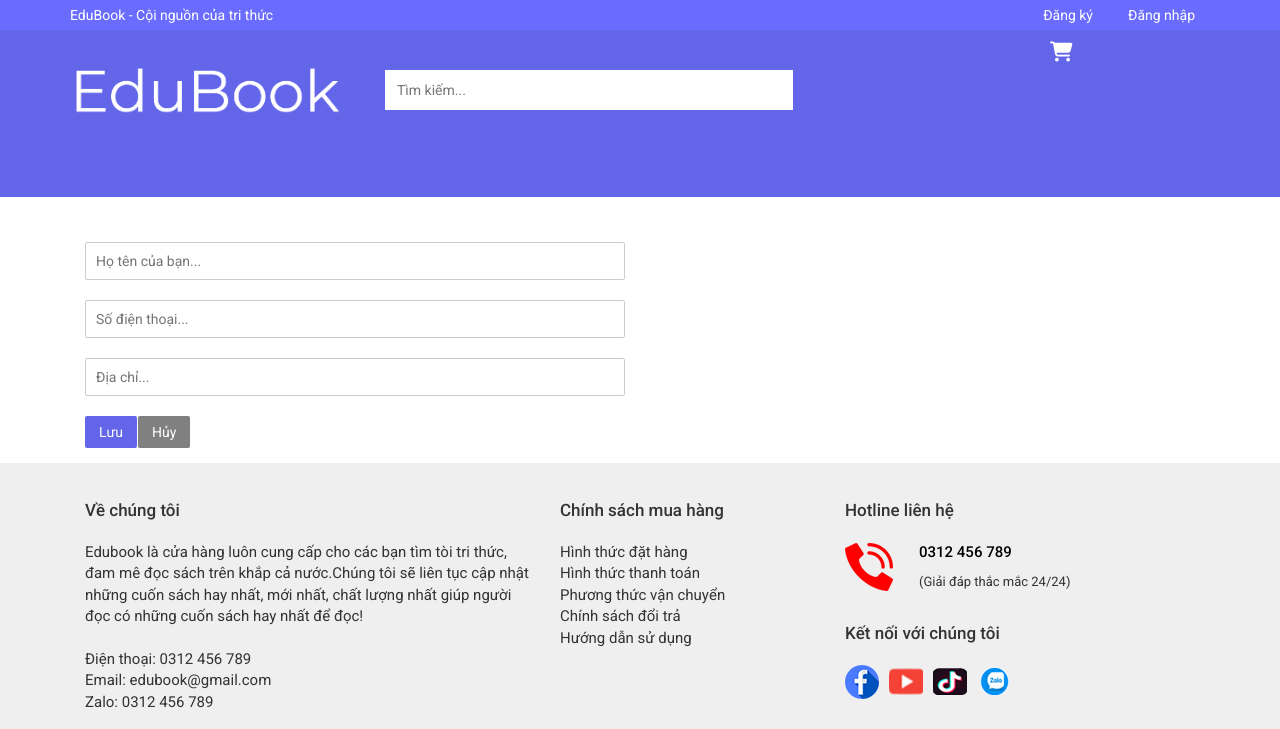
Repository: ThieuDV091002/BookShop
Page: http://localhost/customer-update
The author's editor kept a copy of each file at every save. The page is drawn from the files as they stood at one save, then again after the next save.
The browser window is 1280 px wide. The pictures show the whole page.
Some web fonts or font styles are not loaded; a fallback is used. The page is this project's Thymeleaf template; nobody is signed in. The template is opened directly, without the code that normally fills it, so the values that code supplies are empty.

Above is the page before, as saved 2023-07-18 08:01:47.
Console error: TypeError: Cannot read properties of null (reading 'style')

### EduBookProject/EduBookWebparent/EduBookFrontEnd/src/main/resources/templates/customer-update.html
<!DOCTYPE html>
<html xmlns:th="www.thymeleaf.org"
	xmlns:sec="https://www.thymeleaf.org/thymeleaf-extras-springsecurity5">
<head>
<meta charset="UTF-8">
<meta name="viewport" content="width=device-width, initial-scale=1.0">
<title>Trang chủ - EduBook</title>
<script th:src="@{js/jquery-3.3.1.js}"></script>
<script th:src="@{js/bootstrap.min.js}"></script>
<script
	th:src="@{https://ajax.googleapis.com/ajax/libs/jquery/3.5.1/jquery.min.js}"></script>
<link rel="stylesheet" th:href="@{css/bootstrap.min.css}">
<link rel="stylesheet"
	th:href="@{https://maxcdn.bootstrapcdn.com/bootstrap/3.4.1/css/bootstrap.min.css}">

<link
	th:href="@{https://fonts.googleapis.com/css2?family=Roboto:ital,wght@0,300;0,400;0,500;0,700;1,300;1,400;1,500&display=swap}"
	rel="stylesheet">
<link rel="stylesheet" th:href="@{fontawesome/all.min.css}">
<link
	th:href="@{https://fonts.googleapis.com/css2?family=Paytone+One&display=swap}"
	rel="stylesheet">
<link rel="stylesheet" th:href="@{css/style.css}">
<link rel="stylesheet" th:href="@{css/contact.css}">
</head>
<body>
	<header id="header">
		<div class="header__top">
			<div class="container">
				<section class="row flex">
					<div class="col-lg-5 col-md-0 col-sm-0 heade__top-left">
						<span>EduBook - Cội nguồn của tri thức</span>
					</div>

					<nav class="col-lg-7 col-md-0 col-sm-0 header__top-right">
						<ul class="header__top-list">
							<li class="header__top-item"><a th:href="@{/register}"
								class="header__top-link">Đăng ký</a></li>
							<li class="header__top-item"><a th:href="@{/login}"
								class="header__top-link">Đăng nhập</a></li>
						</ul>
					</nav>
				</section>
			</div>
		</div>

		<div class="header__bottom">
			<div class="container">
				<section class="row">
					<div class="col-lg-3 col-md-4 col-sm-12 header__logo">
						<h1 class="header__heading">
							<a href="#" class="header__logo-link"> <img
								th:src="@{image/logo1.png}" alt="Logo" class="header__logo-img">
							</a>
						</h1>
					</div>

					<div class="col-lg-6 col-md-7 col-sm-0 header__search text-center"
						style="display: flex; justify-content: center; align-items: center;">
						<form class="col-lg-12 col-md-7 col-sm-0 header__search"
							th:action="@{/search}">
							<input type="search" name="keyword" class="header__search-input"
								th:value="${keyword}" placeholder="Tìm kiếm...">
						</form>
					</div>

					<a href="cart.html" class="col-lg-1 col-md-1 col-sm-0 header__cart">
						<div class="header__cart-icon-wrap">
							<a th:href="@{/cart}"> <span class="header__notice">0</span>
								<i class="fas fa-shopping-cart header__nav-cart-icon"></i>
							</a>
						</div>
					</a>
				</section>
			</div>
		</div>

		<div class="header__nav">
			<div class="container">
				<section class="row">
					<th:block sec:authorize="isAuthenticated()">
						<div class="header__nav-menu-wrap col-lg-3 col-md-0 col-sm-0">
							<div class="header__nav-menu-title"
								sec:authentication="principal.hoten"></div>
						</div>
						<div class="header__nav col-lg-9 col-md-0 col-sm-0">
							<ul class="header__nav-list">
								<li class="header__nav-item"><a href="index.html"
									class="header__nav-link">Thông tin tài khoản</a></li>
								<li class="header__nav-item"><a href="category.html"
									class="header__nav-link">Đơn hàng</a></li>
								<li class="header__nav-item"><a href="product.html"
									class="header__nav-link">Địa chỉ</a></li>
								<li class="header__nav-item"><a id="logoutLink" href=""
									class="header__nav-link">Đăng xuất</a></li>

							</ul>
						</div>
					</th:block>
				</section>
			</div>
		</div>
	</header>

	<section class="contact">
		<div class="container">
			<div class="row mt-4 mb-4">
				<div class="col-lg-6 col-md-6 col-sm-12 contact__regist">
					<h3 class="mb-4">[[${pageTitle}]]</h3>

					<form th:action="@{/customer-updatedetail}"
						method="POST" th:object="${address}" onsubmit="return checkEmailUnique(this)">
						<input type="hidden" th:field="*{IDtaikhoan}" th:value="${account.IDtaikhoan}">
						<p></p>
						<input type="text" th:field="*{hoten}" required maxlength="64"
							aria-describedby="emailHelp" placeholder="Họ tên của bạn...">

						<input type="text" th:field="*{sodienthoai}" required maxlength="10"
							aria-describedby="emailHelp" placeholder="Số điện thoại...">

						<input type="text" th:field="*{diachi}" required maxlength="256"
							aria-describedby="emailHelp" placeholder="Địa chỉ...">

						<button type="submit">Lưu</button>&emsp;
                        <button id="buttonCancel" style="background-color: gray">Hủy</button>
					</form>
				</div>
			</div>
		</div>
	</section>

	<footer>
		<section class="footer__top">
			<div class="container">
				<div class="row">
					<article class="footer__top-intro col-lg-5 col-md-4 col-sm-6">
						<h4 class="footer__top-intro-heading">Về chúng tôi</h4>
						<div class="footer__top-intro-content">
							Edubook là cửa hàng luôn cung cấp cho các bạn tìm tòi tri thức,
							đam mê đọc sách trên khắp cả nước.Chúng tôi sẽ liên tục cập nhật
							những cuốn sách hay nhất, mới nhất, chất lượng nhất giúp người
							đọc có những cuốn sách hay nhất để đọc! <br> <br> Điện
							thoại: 0312 456 789 <br> Email: edubook@gmail.com <br>
							Zalo: 0312 456 789 <br>
						</div>
					</article>

					<article class="footer__top-policy col-lg-3 col-md-4 col-sm-6">
						<h4 class="footer__top-policy-heading">Chính sách mua hàng</h4>

						<ul class="footer__top-policy-list">
							<li class="footer__top-policy-item"><a href="#"
								class="footer__top-policy-link">Hình thức đặt hàng</a></li>
							<li class="footer__top-policy-item"><a href="#"
								class="footer__top-policy-link">Hình thức thanh toán</a></li>
							<li class="footer__top-policy-item"><a href="#"
								class="footer__top-policy-link">Phương thức vận chuyển</a></li>
							<li class="footer__top-policy-item"><a href="#"
								class="footer__top-policy-link">Chính sách đổi trả</a></li>
							<li class="footer__top-policy-item"><a href="#"
								class="footer__top-policy-link">Hướng dẫn sử dụng</a></li>
						</ul>
					</article>

					<article
						class="footer__top-contact-wrap col-lg-4 col-md-4 col-sm-6">
						<h4 class="footer__top-contact-heading">Hotline liên hệ</h4>

						<div class="footer__top-contact">
							<div class="footer__top-contact-icon">
								<img th:src="@{image/phone_top.png}"
									class="footer__top-contact-img">
							</div>

							<div class="footer__top-contact-phone-wrap">
								<div class="footer__top-contact-phone">0312 456 789</div>
								<div class="footer__top-contact-des">(Giải đáp thắc mắc
									24/24)</div>
							</div>
						</div>

						<h4 class="footer__top-contact-heading">Kết nối với chúng tôi
						</h4>

						<div class="footer__top-contact-social">
							<a href="#" class="footer__top-contact-social-link"> <img
								th:src="@{image/facebook.png}">
							</a> <a href="#" class="footer__top-contact-social-link"> <img
								th:src="@{image/youtube.png}">
							</a> <a href="#" class="footer__top-contact-social-link"> <img
								th:src="@{image/tiktok.png}">
							</a> <a href="#" class="footer__top-contact-social-link"> <img
								th:src="@{image/zalo.png}">
							</a>
						</div>
					</article>
				</div>
			</div>
		</section>
	</footer>

	<script src="js/jq.js"></script>
	<script type="text/javascript">
	  $(document).ready(function(){
		  $("#buttonCancel").on("click", function(){
			  window.location = "[[@{/}]]"
		  })
	  })
	 </script>
</body>
</html>

### EduBookProject/EduBookWebparent/EduBookFrontEnd/src/main/resources/static/css/style.css
:root{
    --primary-color: #6366e9;
    --white-color: #fff;
    --black-color: #000;
    --text-color: #333;
    --border-color: #e5e5e5;
}

*{
    margin: 0;
    padding: 0;
    box-sizing: border-box;
    font-size: 62.5%;
}

body{
    font-size: 100%;
    font-family: Roboto;
}
/* header */
#header{
    background: var(--primary-color);
}

.header__top{
    height: 30px;
    display: flex;
    align-items: center;
    justify-content: space-between;
    background: #696cff;
}

.heade__top-left{
    padding-left: 0;
}

.heade__top-left span {
    font-size: 14px;
    color: var(--white-color);
}

.header__top-right {
    display: flex;
    align-items: center;
    justify-content: flex-end;
}

.header__top-list {
    list-style: none;
    display: flex;
    align-items: center;
    margin: 0;
}

.header__top-item {

}

.header__top-link {
    color: var(--white-color);
    text-decoration: none;
    font-size: 1.4rem;
    display: block;
    margin-left: 3.5rem;
    transition: 0.2s;
}

.header__top-link:hover{
    opacity: 0.8;
    color: #fff;
    text-decoration: none;
}

.header__bottom {
 padding: 12px 0;
}

.header__logo {
    padding-left: 0;
}

.header__heading {

}

.header__logo-link {

}

.header__logo-img {

}


.header__search {
    display: flex;
    align-items: center;
}


.header__search-select {
    height: 4rem;
    font-size: 1.4rem;
    font-weight: 500;
    outline: none;
    border: none;
    border-radius: 0.2rem 0 0 0.2rem;
    border-right: 1px solid var(--border-color);
    width: 10%;
    padding: 0 .6rem;
}

.header__search-select option{
    font-size: 1.4rem;
    display: inline-block;
    margin: 10px 12px;
}

.header__search-input {
    height: 4rem;
    width: 80%;
    font-size: 1.4rem;
    outline: none;
    border: none;
    padding: 0 12px;
}

.header__search-btn {
    width: 10%;
    height: 4rem;
    outline: none;
    border: none;
    border-radius: 0 2px 2px 0;
    font-size: 1.4rem;
    background: var(--white-color);
}

.header__search-icon-wrap{
    width: 90%;
    height: 3.4rem;
    background: #696cff;
    border-radius: 2px;
    display: flex;
    justify-content: center;
    align-items: center;
    cursor: pointer;
    margin-left: .2rem;
}

.header__search-icon {
    font-size: 1.4rem;
    color: var(--white-color);
}


.header__call {
    display: flex;
    align-items: center;
    padding-right: 0;
}

.header__call-icon-wrap {
    margin-right: 1rem;
}

.header__call-icon {
    font-size: 2.2rem;
    color: var(--white-color);
}

.header__call-info {

}

.header__call-text {
    font-size: 13px;
    font-weight: 500;
    color: var(--white-color);
    margin-bottom: 1rem;
}

.header__call-number {
    font-size: 1.5rem;
    font-weight: 500;
    color: var(--white-color);
}

.header__cart {
    display: flex;
    justify-content: center;
    align-items: center;
    cursor: pointer;
}

.header__cart-icon-wrap {
    position: relative;
}

.header__notice{
    display: block;
    width: 24px;
    height: 24px;
    position: absolute;
    top: -70%;
    right: -70%;
    background: #fff;
    color: var(--primary-color);
    font-size: 1.4rem;
    border-radius: 50%;
    border: 2px solid #696cff;
    display: flex;
    justify-content: center;
    align-items: center;
    font-weight: 400;
}

.header__nav-cart-icon {
    font-size: 2rem;
    color: var(--white-color);
}


/*header navigation*/
.header__nav-wrap{
    height: 4.8rem;
    background: #ff5c00;
}

.header__nav-menu-wrap{
    height: 4.8rem;
    background: #696cff;
    display: flex;
    align-items: center;
    border-top-left-radius: 2px;
    border-top-right-radius: 2px;
    /*margin-left: 1.5rem;
    margin-right: -1.5rem;
    padding-right: 0;*/
    cursor: pointer;
}

.header__nav-menu-icon {
    font-size: 1.6rem;
    color: var(--white-color);
    margin-right: 1.6rem;
    margin-left: 1.4rem;
}

.header__nav-menu-title {
    font-size: 1.6rem;
    font-weight: 500;
    color: var(--white-color);
}

.header__nav {
    height: 4.8rem;
}

.header__nav-list {
    list-style: none;
    display: flex;
    align-items: center;
    height: 100%;
}

.header__nav-item {

}

.header__nav-link {
    color: var(--white-color);
    text-decoration: none;
    font-size: 1.5rem;
    font-weight: 500;
    display: block;
    padding-right: 3rem;
    transition: 0.2s;
}

.header__nav-link:hover{
    text-decoration: none;
    color: var(--white-color);
    opacity: 0.6;
}
/**/
/* end header */


/*footer*/
.footer__top{
    background: #efefef;
    padding: 1.6rem 0;
}
.footer__top-intro {

}

.footer__top-intro-heading, .footer__top-policy-heading, .footer__top-contact-heading {
    font-size: 1.7rem;
    color: var(--text-color);
    padding: 1.2rem 0;
}

.footer__top-intro-content {
    font-size: 1.5rem;
}

.footer__top-policy-list {
    list-style: none;
    margin-bottom: 1rem;
}

.footer__top-policy-item {

}

.footer__top-policy-link {
    font-size: 1.5rem;
    color: var(--text-color);
}

.footer__top-policy-link:hover{
    color: var(--text-color);
    opacity: 0.8;
    text-decoration: none;
}

.footer__top-contact-wrap {

}

.footer__top-contact-heading {

}

.footer__top-contact {
    display: flex;
    align-items: center;
    margin-bottom: 2rem;
}


.footer__top-contact-icon {
    margin-right: 2.6rem;
}

.footer__top-contact-img {

}

.footer__top-contact-phone-wrap {

}

.footer__top-contact-phone {
    font-size: 1.5rem;
    font-weight: 500;
    color: var(--black-color);
    margin-bottom: 1rem;
}

.footer__top-contact-des {
    font-size: 1.3rem;
    color: var(--text-color);
}

.footer__top-contact-social-link{
    margin-right: 1rem;
}

.footer__bottom {
    height: 3.4rem;
    background: #666;
    text-align: center;
}

.footer__bottom-content {
    font-size: 1.4rem;
    color: var(--white-color);
    margin: 0 auto;
    line-height: 3.4rem;
}


@media (max-width:992px){
    .header__top{
        display: none;
    }

    .header__nav-menu-wrap{
        display: none;
    }

    /*.header__search{
        display: none;
    }*/

    .header__call{
        display: none;
    }

    .header__search-select{
        display: none;
    }
}

@media (max-width:768px){
    .hide-on-mobile{
        display: none;
    }

    .header__search{
        display: none;
    }

    .header__cart{
        display: none;
    }

    .header__nav{
        display: none;
    }

    .header__heading {
        text-align: center;
    }

    .header__logo-img {
        max-width: 10rem;
    }


}

@media (min-width:768px){
   .header__logo-img {
        max-width: 100%;
    }
}


#myBtn-scroll{

    display: none;
    position: fixed;
    bottom: 20px;
    right: 30px;
    z-index: 99;
    font-size: 18px;
    border: none;
    outline: none;
    background-color: rgba(238, 0, 0,0.5);
    color: white;
    cursor: pointer;
    padding: 15px;
    border-radius: 4px;

}
#myBtn-scroll:hover{

    background-color: red;
}

### EduBookProject/EduBookWebparent/EduBookFrontEnd/src/main/resources/static/css/contact.css
.contact__self h3, .contact__regist h3 {
	font-size: 2rem;
	color: #000;
}

.contact__self p, .contact__regist p{
	font-size: 1.4rem;
}


.contact__self-list {
	list-style: none;
}

.contact__self-item {

}

.contact__self-link {
	color: var(--text-color);
	font-size: 1.4rem;
	display: block;
	padding: 0.5rem 0;
}

.contact__self-item:first-child .contact__self-link{
	font-weight: 500;
}

.contact__self-link:hover{
	color: var(--black-color);
	text-decoration: none;
}

.contact__regist form input{
	margin: 1rem 0;
	padding: 0.8rem 1rem;
	border-radius: 0.2rem;
	outline: none;
	font-size: 1.4rem;
	border: 1px solid #ccc;
	width: 100%;
}

.contact__regist form select{
	margin: 1rem 0;
	padding: 0.8rem 1rem;
	border-radius: 0.2rem;
	outline: none;
	font-size: 1.4rem;
	border: 1px solid #ccc;
	width: 100%;
}

.contact__regist form option{
	margin: 1rem 0;
	padding: 0.8rem 1rem;
	border-radius: 0.2rem;
	outline: none;
	font-size: 1.4rem;
	border: 1px solid #ccc;
	width: 100%;
}

.contact__regist form textarea{
	width: 100%;
	padding: 0.6rem 1.4rem;
	font-size: 1.4rem;
	height: 10rem;
	outline: none;
	border-radius: .2rem;
	margin-top: 1rem;
}

.mb-50{
	margin-bottom: 3rem;
}

.contact__regist form button{
	font-size: 1.4rem;
	background: var(--primary-color);
	padding: 0.6rem 1.4rem;
	outline: none;
	color: var(--white-color);
	border-radius: 0.2rem;
	border: none;
	cursor: pointer;
	margin-top: 1rem;
}

.contact__regist form button:hover{
	opacity: 0.8;
}

input::-webkit-outer-spin-button,
input::-webkit-inner-spin-button {
	-webkit-appearance: none;
	margin: 0;
}

input[type=number] {
-moz-appearance: textfield;
}


.pc{
	position: relative;
}

.menu__nav{
	position: absolute;
	top: -1.4rem;
	left: 0;
	z-index: 10;
	box-shadow: 1px 1px 5px 1px #ccc;
	display: none;
}

.menu__nav{
	padding: 0;

}
.menu__list {
    list-style: none;
    margin: 0;
    padding: 0;
}
.menu__item{
   padding-left: .15rem;
}

.menu__item-icon{
	width: 1.6rem;
	height: 1.6rem;
	display: inline-block;
	margin-right: 1.5rem;
}
.menu__item:hover {
    background: var(--primary-color);

}

.menu__item:hover .menu__link{
    color: var(--white-color);
    background: var(--primary-color);
    text-decoration: none;
    fill: var(--white-color);
}

.menu__item--active .menu__link{
    color: var(--primary-color);
    fill: var(--primary-color);
}
.menu__link {
    font-size: 1.5rem;
    font-weight: 500;
    color: var(--text-color);
    display: block;
    padding: 1rem 2.8rem;
    text-decoration: none;
    border-top: 1px solid #eff0f3;
    background: var(--white-color);
    background-clip: padding-box;
    display: flex;
    align-items: center;
}

### EduBookProject/EduBookWebparent/EduBookFrontEnd/src/main/resources/static/js/jq.js

        // $(".header__nav-menu-wrap").mouseover(function(){
        //     $(".menu__nav").fadeIn();
        // });

        // $(".menu__nav").mouseleave(function(){
        //     $(".menu__nav").fadeOut();
        // });

        $(".header__nav-menu-wrap").click(function(){
            $(".menu__nav").toggle();
        });

        $(".modal__overlay").click(function(){
            $(".main__modal").hide();
        });

        $(".sale-off__close").click(function(){
            $(".main__modal").hide();
        });

        $(".product__panel-item").click(function(){
            $(location).attr('href','product.html');
        });

        // $(".product__main-img-list img").click(function(){
        //     $("product__main-img-primary img").attr('src','product.html');
        // });

        // $(".header__nav-menu-wrap").click(function(){
        //     $(".menu__nav").hide();
        // });
        //Get the button
var mybutton = document.getElementById("myBtn-scroll");

// When the user scrolls down 20px from the top of the document, show the button
window.onscroll = function() {scrollFunction()};

function scrollFunction() {
  if (document.body.scrollTop > 20 || document.documentElement.scrollTop > 20) {
    mybutton.style.display = "block";
  } else {
    mybutton.style.display = "none";
  }
}

// When the user clicks on the button, scroll to the top of the document
function topFunction() {
  document.body.scrollTop = 0;
  document.documentElement.scrollTop = 0;
}

Loaded but not shown: EduBookProject/EduBookWebparent/EduBookFrontEnd/src/main/resources/static/js/jquery-3.3.1.js (library); EduBookProject/EduBookWebparent/EduBookFrontEnd/src/main/resources/static/js/bootstrap.min.js (library); EduBookProject/EduBookWebparent/EduBookFrontEnd/src/main/resources/static/css/bootstrap.min.css (library); EduBookProject/EduBookWebparent/EduBookFrontEnd/src/main/resources/static/fontawesome/all.min.css (library)

After the next save:
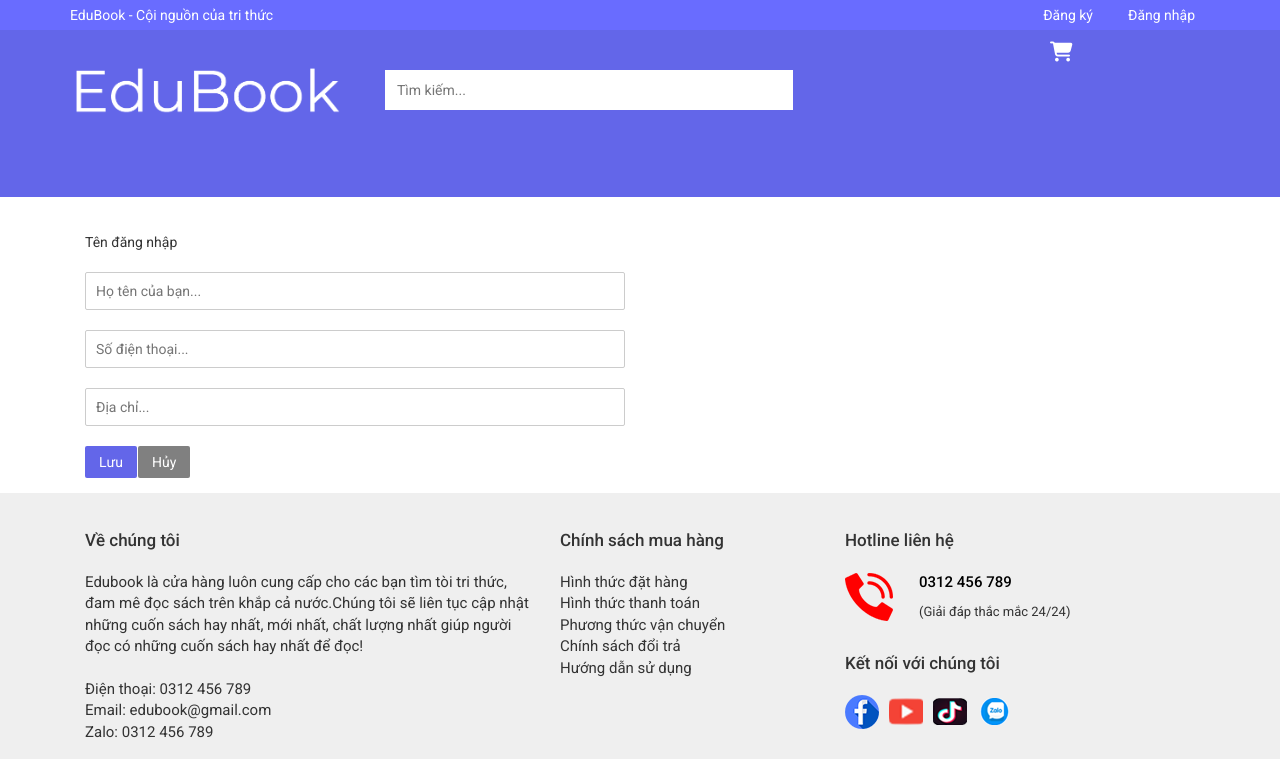
Saved 22 s later.
--- a/EduBookProject/EduBookWebparent/EduBookFrontEnd/src/main/resources/templates/customer-update.html
+++ b/EduBookProject/EduBookWebparent/EduBookFrontEnd/src/main/resources/templates/customer-update.html
@@ -111,7 +111,7 @@
 					<form th:action="@{/customer-updatedetail}"
 						method="POST" th:object="${address}" onsubmit="return checkEmailUnique(this)">
 						<input type="hidden" th:field="*{IDtaikhoan}" th:value="${account.IDtaikhoan}">
-						<p></p>
+						<p>Tên đăng nhập</p>
 						<input type="text" th:field="*{hoten}" required maxlength="64"
 							aria-describedby="emailHelp" placeholder="Họ tên của bạn...">
 
